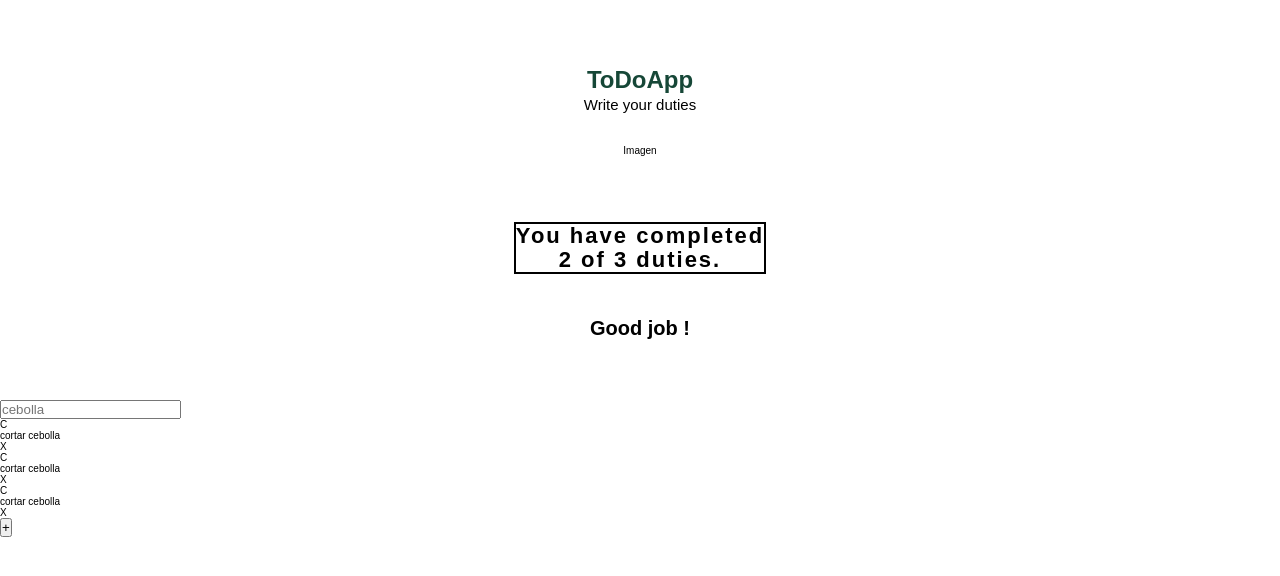
Repository: ChristianGecchelin/to-do-app
Page: /
The author's editor kept a copy of each file at every save. The page is drawn from the files as they stood at one save, then again after the next save.
The browser window is 1280 px wide. The pictures show the whole page.
The project was rebuilt for these pictures with package versions that can differ from the ones it lists, and the page was loaded fresh each time.

Above is the page before, as saved 2022-01-12 11:04:16.

After the next save:
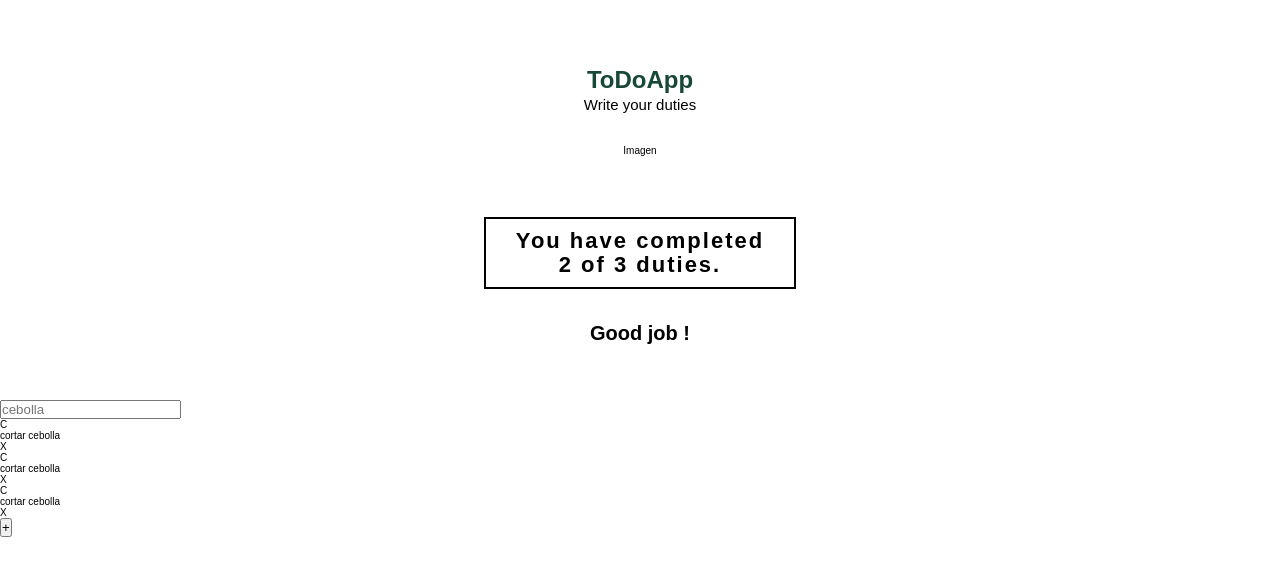
Saved 12 s later.
--- a/src/styles/ToDoCounter.css
+++ b/src/styles/ToDoCounter.css
@@ -17,6 +17,7 @@
   font-weight: 700;
   line-height: 2.4rem;
   letter-spacing: 0.2rem;
+  padding: 10px 30px;
 }
 .counter-congrats {
   font-size: 2rem;
